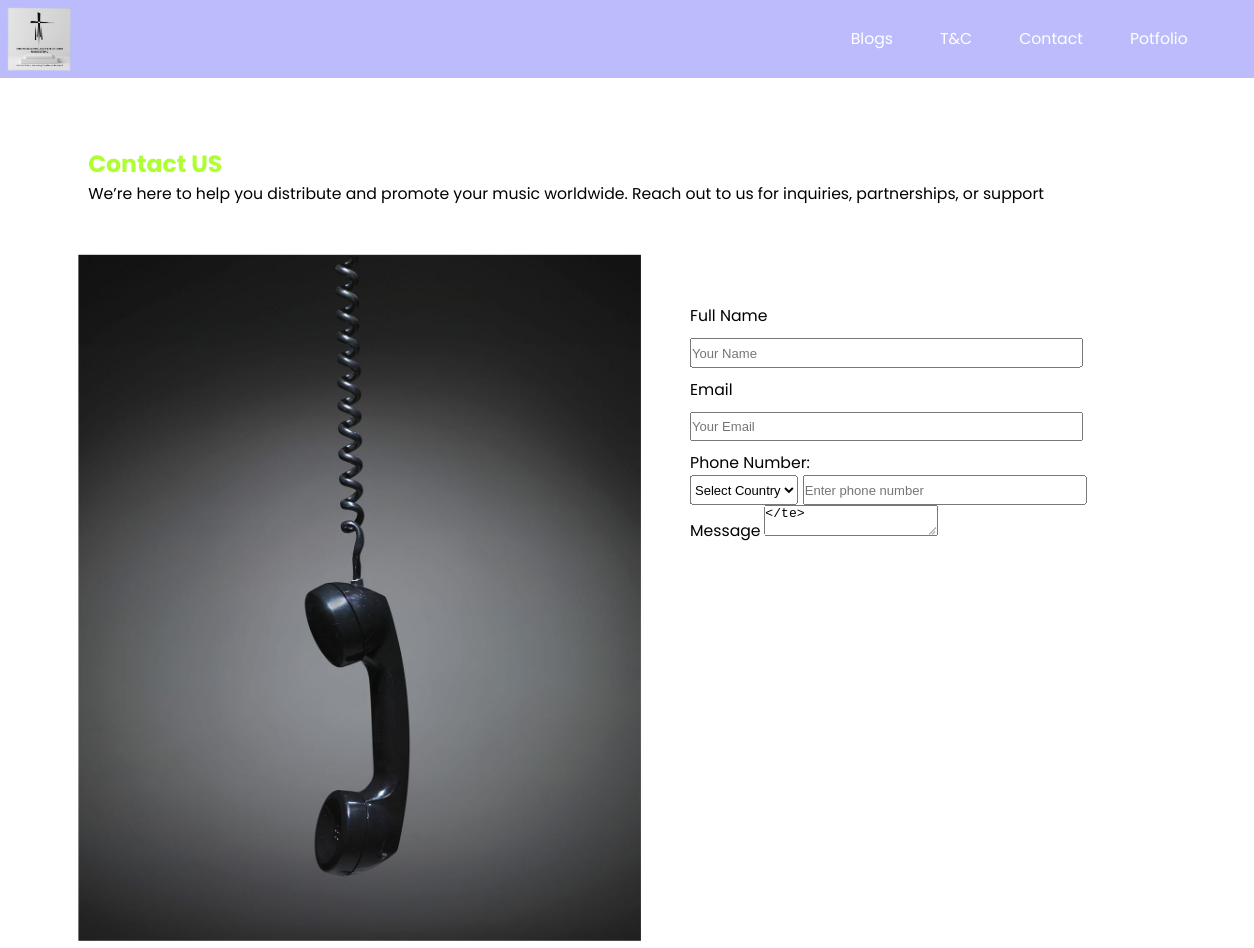
Repository: Ikebobo11/theboss
Page: contact.html
The author's editor kept a copy of each file at every save. The page is drawn from the files as they stood at one save, then again after a run of saves.
The browser window is 1280 px wide. The pictures show the whole page, at 98% of full size.

Above is the page before, as saved 2025-08-16 06:09:10.

### contact.html
<!DOCTYPE html>
<html lang="en">
<head>
    <meta charset="UTF-8">
    <meta name="viewport" content="width=device-width, initial-scale=1.0">
    <link rel="stylesheet" href="contact.css">
    <link rel="shortcut icon" href="./WhatsApp Image 2025-05-12 at 4.31.54 PM.jpeg" type="image/x-icon">
    <link rel="preconnect" href="https://fonts.googleapis.com">
    <link rel="preconnect" href="https://fonts.gstatic.com" crossorigin>
    <link href="https://fonts.googleapis.com/css2?family=Poppins:ital,wght@0,100;0,200;0,300;0,400;0,500;0,600;0,700;0,800;0,900;1,100;1,200;1,300;1,400;1,500;1,600;1,700;1,800;1,900&display=swap" rel="stylesheet">
    <title>Document</title>
</head>
<body>
       <div class="menudiv">
      <div class="subhide">
        <a href="">Blogs</a>
        <a href="#Our-Services">T&C</a>
        <a href="contact.html">Contact</a>
        <a href="">Potfolio</a>
      </div>
     </div>
    <header>
        <div class="header-first-div">
            <img class="logo-image" src="./WhatsApp Image 2025-05-12 at 4.31.54 PM.jpeg"/>
            <div class="Nav-a">
              <a class="link-a" href="#about">Blogs</a>
              <a class="link-a" href="#Our-Services">T&C</a>
              <a class="link-a" href="contact.html">Contact</a>
              <a class="link-a" href="">Potfolio</a>
            </div>
                <img class="showbut hidela" src="./asset/hamburger.png"/>
                <img class="showbut hidelb" src="./asset/multiplication.png"/>

          </div>
          <section class="sectionA">
            <div class="headingc">
              <h1>Contact US</h1>
              <p>We’re here to help you distribute and promote your music worldwide. Reach out to us for inquiries, partnerships, or support</p>
            </div>
            <main class="contact-form">
              <div class="telephoneA">
                <img src="./asset/telephone.jpg"/>
              </div>
              <div class="formdiv">
                <form action="" method="post">
                  <label for="name">Full Name</label>
                  <input name="Full Name" id="name" placeholder="Your Name" required/>
                  <label for="Email">Email</label>
                  <input name="Email" id="Email" placeholder="Your Email" required/>
                  <label for="phone">Phone Number:</label>
                <div style="display: flex; gap: 5px;">
                <select id="country-code" name="country-code" style="width: 110px;" required>
                  <option value="">Select Country</option>
                  <!-- Americas / Europe / Asia-Pacific -->
                  <option value="+1">🇺🇸 +1 - United States</option>
                  <option value="+44">🇬🇧 +44 - United Kingdom</option>
                  <option value="+61">🇦🇺 +61 - Australia</option>
                  <option value="+64">🇳🇿 +64 - New Zealand</option>
                  <option value="+81">🇯🇵 +81 - Japan</option>
                  <option value="+49">🇩🇪 +49 - Germany</option>
                  <option value="+33">🇫🇷 +33 - France</option>
                  <option value="+39">🇮🇹 +39 - Italy</option>
                  <option value="+34">🇪🇸 +34 - Spain</option>
                  <option value="+55">🇧🇷 +55 - Brazil</option>
                  <option value="+358">🇫🇮 +358 - Finland</option>
                  <option value="+46">🇸🇪 +46 - Sweden</option>
                  <option value="+45">🇩🇰 +45 - Denmark</option>
                  <option value="+31">🇳🇱 +31 - Netherlands</option>
                  <option value="+351">🇵🇹 +351 - Portugal</option>
                  <option value="+41">🇨🇭 +41 - Switzerland</option>
                  <option value="+420">🇨🇿 +420 - Czech Republic</option>
                  <option value="+353">🇮🇪 +353 - Ireland</option>
                  <option value="+32">🇧🇪 +32 - Belgium</option>
                  <option value="+48">🇵🇱 +48 - Poland</option>
                  <option value="+234">🇳🇬 +234 - Nigeria</option>
                  <option value="+27">🇿🇦 +27 - South Africa</option>
                  <option value="+256">🇺🇬 +256 - Uganda</option>
                  <option value="+254">🇰🇪 +254 - Kenya</option>
                  <option value="+255">🇹🇿 +255 - Tanzania</option>
                  <option value="+260">🇿🇲 +260 - Zambia</option>
                  <option value="+263">🇿🇼 +263 - Zimbabwe</option>
                  <option value="+244">🇦🇴 +244 - Angola</option>
                  <option value="+237">🇨🇲 +237 - Cameroon</option>
                  <option value="+225">🇨🇮 +225 - Ivory Coast</option>
                  <option value="+233">🇬🇭 +233 - Ghana</option>
                  <option value="+265">🇲🇼 +265 - Malawi</option>
                  <option value="+252">🇸🇿 +268 - Eswatini</option>
                </select>
                <input type="tel" id="phone" name="phone" placeholder="Enter phone number" required>
                </div>
                <label for="massage">Message</label>
                <textarea name="Message" id="massage" placeholder="Type your Message...." required/></te>
                <input type="submit" value="Submit"/>
              </form>
            </div>

        </main>
      </section>
</body>
</html>

### contact.css
*{
    padding: 0px;
    margin: 0px;
    box-sizing: border-box;
}
body{
     font-family: "Poppins", sans-serif;
}
img{
  max-width: 100%;
}
a{
  text-decoration: none;
}
p,li{
  @media (max-width:434px) {
    font-size: 14px;
  }
}
.logo-image{
    width: 4rem;
}
.header-first-div{
    background-color: rgb(188, 188, 252);
    color: white;
    padding: 0.5rem;
    display: flex;
    z-index: 2;
    justify-content: space-between;
    align-items: center;
    /* gap:3%; */
    position: fixed;
    width: 100vw;
}
.flex-box-a{
  background-color: blue;
}
.header-second-div{
  background-image: url(./st.jpg);
  background-position: center;
  background-size: cover;
  max-width: 100vw;
  min-height: 600px;
  padding-block: 200px 100px;
  @media (max-width:507px) {
    font-size: 40px;
    min-height: 300px;
  }
}
.header-first-h1{
  font-size: 80px;
  text-align: center;
  color: white;
    @media (max-width:507px) {
    font-size: 35px;
  }
}
.header-first-p{
  font-size: 30px;
  text-align: center;
  color: white;
    @media (max-width:507px) {
    font-size: 20px;
  }
}
.menudiv{
  position: fixed;
  top:5rem;
  background-color:green ;
  right: 0;
  width: 100vw;
  height: 353px;
  left: 0;
  z-index:2;

  display: none;
}
.Nav-a a{
  color: white;
  border-bottom:1px solid transparent;
}
.link-a:hover{
  color: greenyellow;
  border-bottom: 1px solid white;
}
.showbut{
  width: 3rem;
  padding-right: 1rem;
}
.hidelb{
  display: none;

}
.hidela{
  display: none;
   @media (max-width:659px) {
    display: block;
  }
}
.Nav-a{
  display: flex;
  padding-inline: 60px;
  gap: 3rem;
  @media (max-width:659px) {
    display: none;
  }
}
/* section a area */
.sectionA{
  top: 100px;
  position: relative;
  max-width: 1120px;
  margin-inline: auto;
}
.headingc{
  padding: 50px 10px;
}
.headingc>h1{
  color: greenyellow;
}
/* contact form css */
.contact-form{
  display: flex;
}
.telephoneA{
  max-width: 800px;
  height: 700px;
}
.telephoneA img{
  width: 100%;
  height: 100%;
}
.formdiv{
  max-width: 700px;
  flex-grow: 1;
}
form{
  padding: 50px;
}
form>input{
  width:90%;
  display: block;
  height: 30px;
  margin-block: 10px;
}
form>input:focus{
  border: 4px solid greenyellow;
}
#phone{
  width: 65%;
  height: 30px;
}

After the next 4 saves:
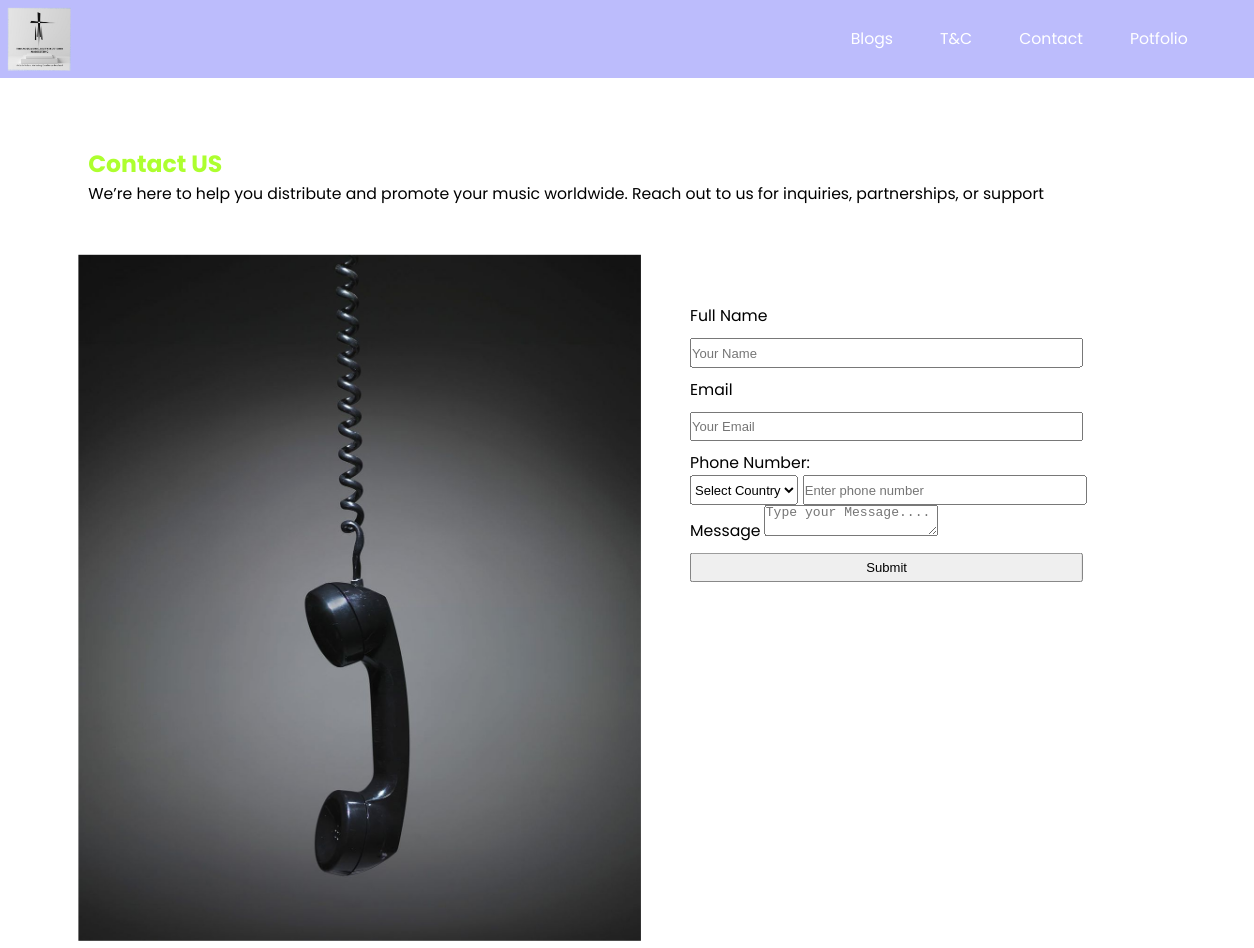
The 4 saves are shown as one change because they came seconds apart.
The last was saved 8 s later.
--- a/contact.html
+++ b/contact.html
@@ -89,7 +89,7 @@
                 <input type="tel" id="phone" name="phone" placeholder="Enter phone number" required>
                 </div>
                 <label for="massage">Message</label>
-                <textarea name="Message" id="massage" placeholder="Type your Message...." required/></te>
+                <textarea name="Message" id="massage" placeholder="Type your Message...." required/></textarea>
                 <input type="submit" value="Submit"/>
               </form>
             </div>
